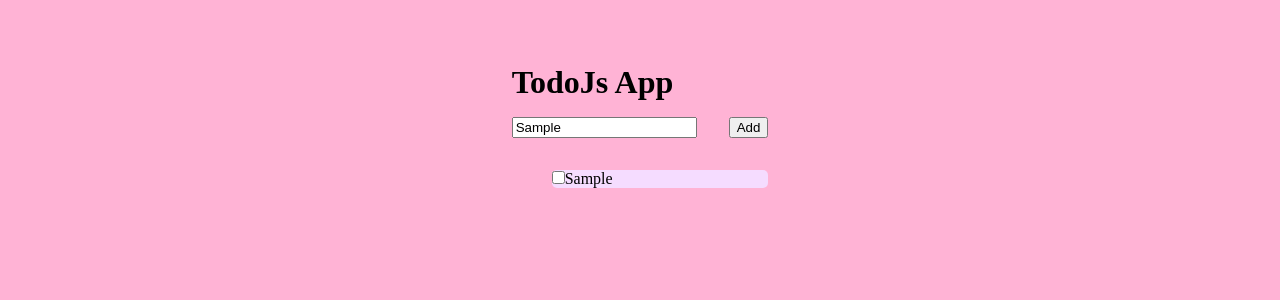
Repository: AlexandraYuhno/todo
Page: index.html
These files come from the project's save history. The page is drawn as it stood at one moment and after the next save; the edit follows.
The browser window is 1280 px wide. The pictures show the whole page.
Empty fields were first filled with sample values (such as "Sample", 5 or name@example.com).
After loading, the first visible `#btnAdd` was clicked once.

Above is the page before, as saved 2024-06-18 17:03:05.

After the next save:
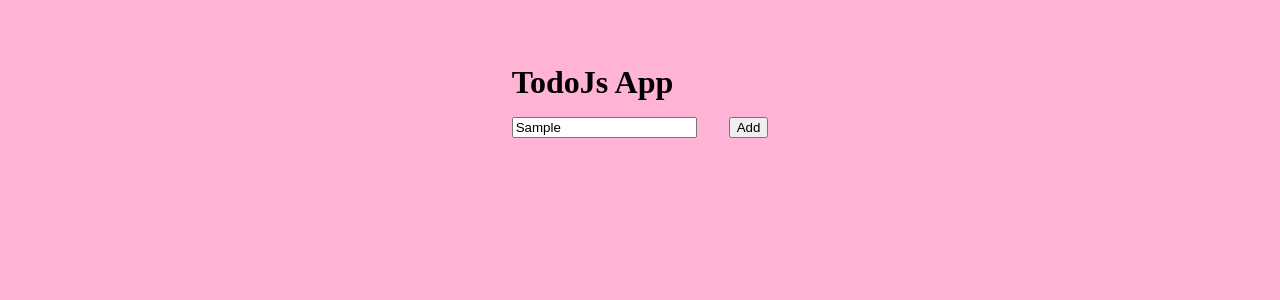
Saved 6 min 5 s later.
--- a/script.js
+++ b/script.js
@@ -8,10 +8,10 @@
 
 // Displaying the added task in the task list
 
-function taskRender(){
+let taskRender = () => {
 
     let taskHTML =""
-    todoList.forEach(function(item){
+    todoList.forEach((item) => {
       taskHTML += ` <li class="todo__task">
                         <label class="todo__checkbox"  checked = ${item.isCompleted}>
                              <input type="checkbox" data-id="${item.id}">
@@ -34,12 +34,12 @@
         id:Date.now()
         };
     todoList.push(newTodo);
-    taskRender()
+    taskRender
 });
 
 taskList.addEventListener("click", function checkDone(event){
     /*let taskClick = todoList.find((item) => item.id === checkedId);
     const checkedId = event.target.id*/
     console.log(taskList.getAttribute('data-id'));
-    taskRender()
+    taskRender
 })

After the save that followed:
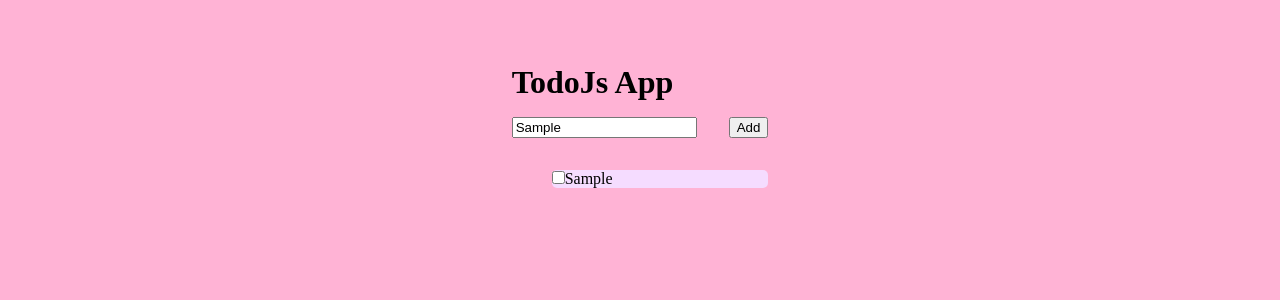
Saved 43 s later.
--- a/script.js
+++ b/script.js
@@ -8,10 +8,10 @@
 
 // Displaying the added task in the task list
 
-let taskRender = () => {
+function taskRender(){
 
     let taskHTML =""
-    todoList.forEach((item) => {
+    todoList.forEach(function(item){
       taskHTML += ` <li class="todo__task">
                         <label class="todo__checkbox"  checked = ${item.isCompleted}>
                              <input type="checkbox" data-id="${item.id}">
@@ -34,12 +34,12 @@
         id:Date.now()
         };
     todoList.push(newTodo);
-    taskRender
+    taskRender()
 });
 
 taskList.addEventListener("click", function checkDone(event){
     /*let taskClick = todoList.find((item) => item.id === checkedId);
     const checkedId = event.target.id*/
     console.log(taskList.getAttribute('data-id'));
-    taskRender
+    taskRender()
 })
